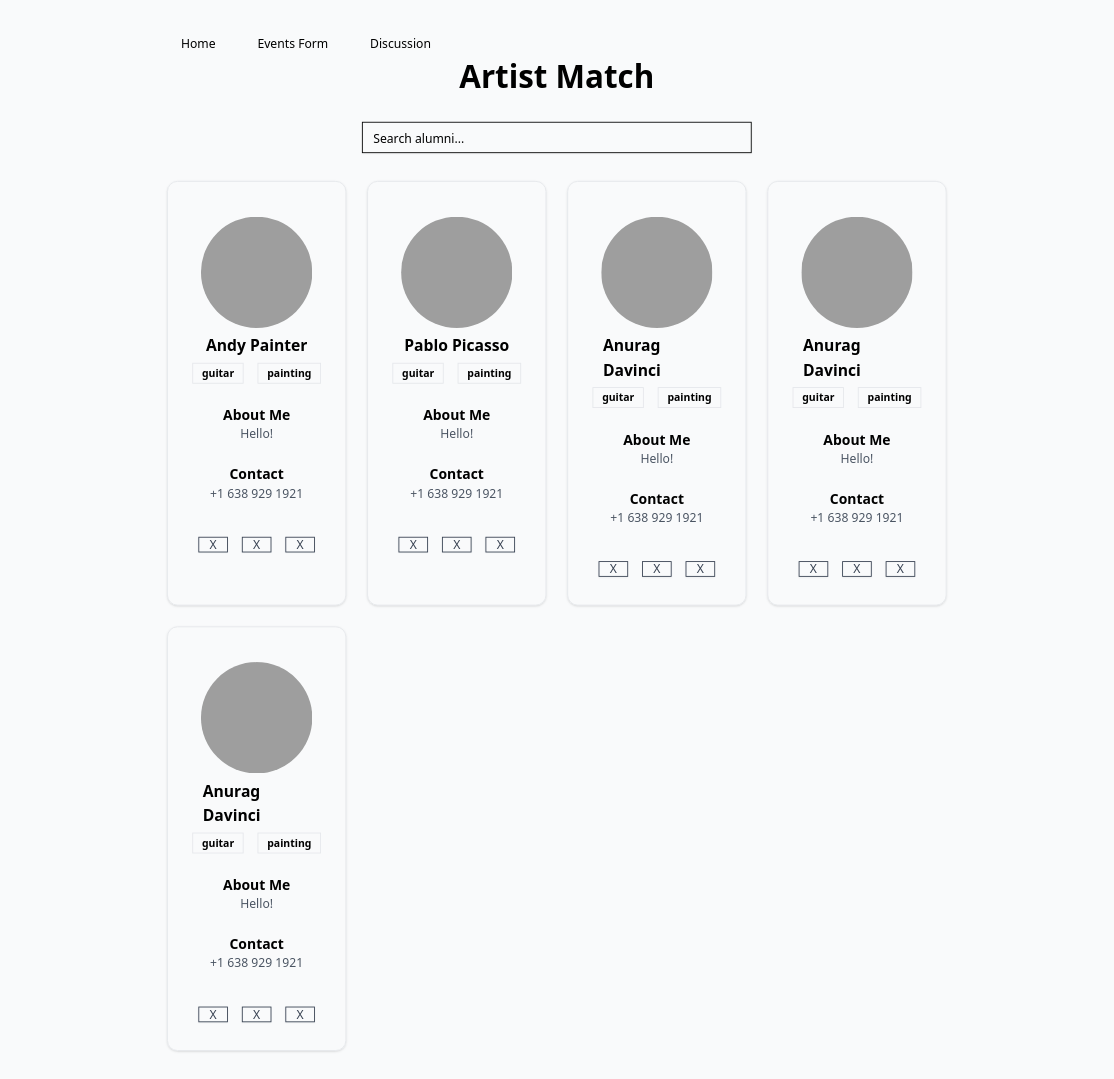
Repository: cfgcolumbus24/Team-12
Page: /home (app in lmcc-ui/)
These files come from the project's save history. The page is drawn as it stood at one moment and after the next save; the edit follows.
The browser window is 1280 px wide. The pictures show the whole page, at 87% of full size.
Pictures or frames that could not be fetched are drawn as grey boxes. The project was rebuilt for these pictures with package versions that can differ from the ones it lists, and the page was loaded fresh each time. The framework's server and built-in components were replaced by stand-ins that run in the browser. Also part of the build but not shown: lmcc-ui/next.config.mjs.

Above is the page before, as saved 2024-11-01 20:40:41.

After the next save:
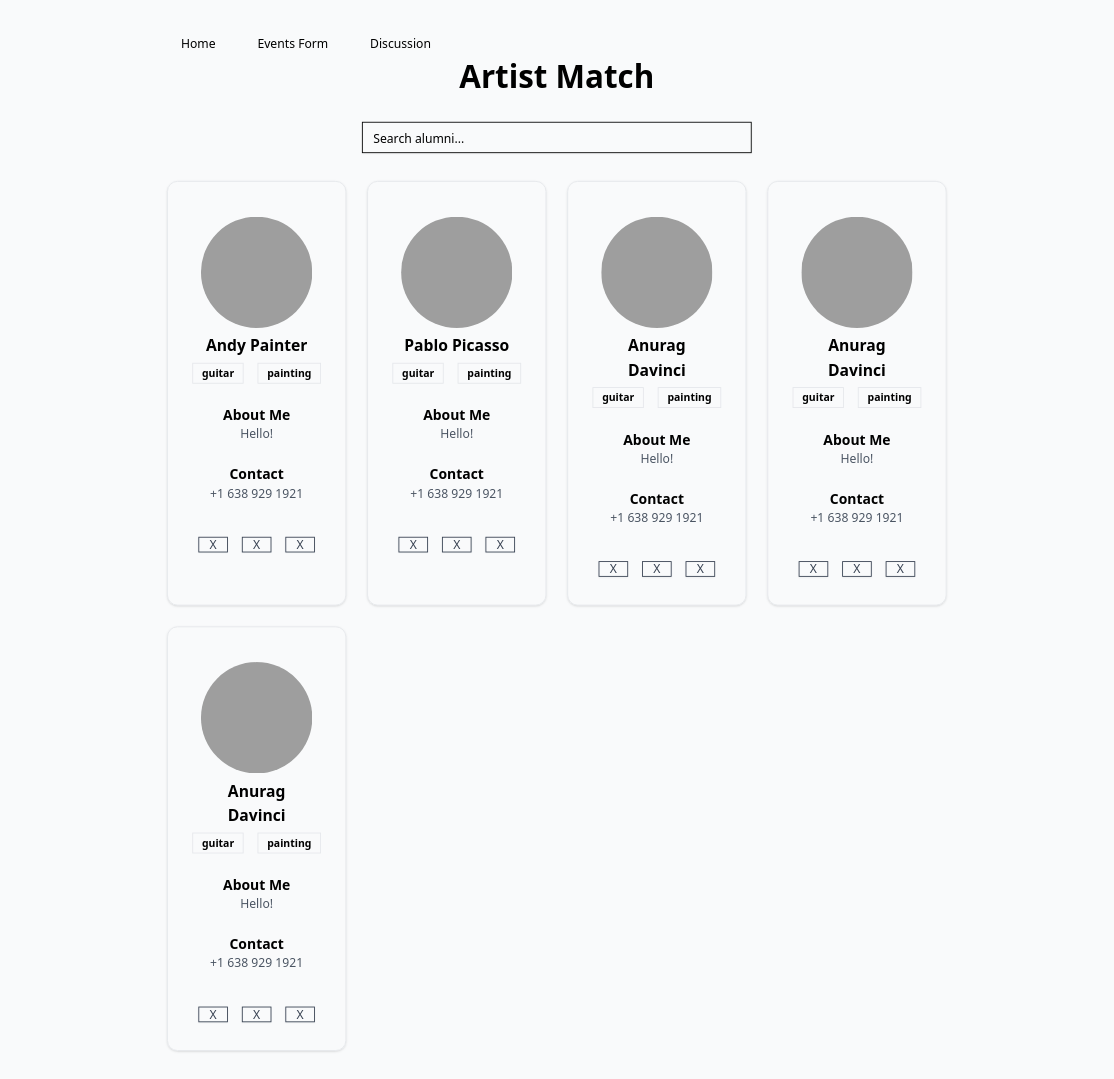
Saved 96 s later.
--- a/lmcc-ui/src/app/profileunit.js
+++ b/lmcc-ui/src/app/profileunit.js
@@ -2,10 +2,8 @@ import React from "react";
 import {
   Card,
   CardContent,
-  CardDescription,
   CardFooter,
   CardHeader,
-  CardTitle,
 } from "@/components/ui/card";
 import { Avatar, AvatarFallback, AvatarImage } from "@/components/ui/avatar";
 import { Button } from "@/components/ui/button";
@@ -19,8 +17,11 @@ const ProfileUnit = ({ name, avatar, bio, topics, number }) => {
           <AvatarImage src={avatar} />
           <AvatarFallback>Image</AvatarFallback>
         </Avatar>
-        <h2 className="mt-4 text-lg font-semibold">{name}</h2>
-        <div className="flex space-x-4 items-center justify-center">
+        {/* Wrapping and centering name */}
+        <h2 className="mt-4 text-lg font-semibold text-center break-words w-full">
+          {name}
+        </h2>
+        <div className="flex space-x-4 items-center justify-center mt-2">
           {topics.first && (
             <Badge className="h-6 w-15" variant="outline">
               {topics.first}
@@ -35,22 +36,16 @@ const ProfileUnit = ({ name, avatar, bio, topics, number }) => {
       </CardHeader>
       <CardContent>
         <div>
-          <h3 className="text-md font-semibold flex-wrap text-center">
-            About Me
-          </h3>
-          <p className="text-sm text-gray-600 flex-wrap text-center">{bio}</p>
+          <h3 className="text-md font-semibold text-center">About Me</h3>
+          <p className="text-sm text-gray-600 text-center">{bio}</p>
         </div>
         <br />
         <div>
-          <h3 className="text-md font-semibold flex-wrap text-center">
-            Contact
-          </h3>
-          <p className="text-sm text-gray-600 flex-wrap text-center">
-            {number}
-          </p>
+          <h3 className="text-md font-semibold text-center">Contact</h3>
+          <p className="text-sm text-gray-600 text-center">{number}</p>
         </div>
       </CardContent>
-      <CardFooter className="flex flex-col items-center text-gray-700 text-sm p-4 flex-wrap text-center">
+      <CardFooter className="flex flex-col items-center text-gray-700 text-sm p-4">
         <div className="flex space-x-4 items-center">
           <Button className="h-4 w-8" variant="outline">
             X
